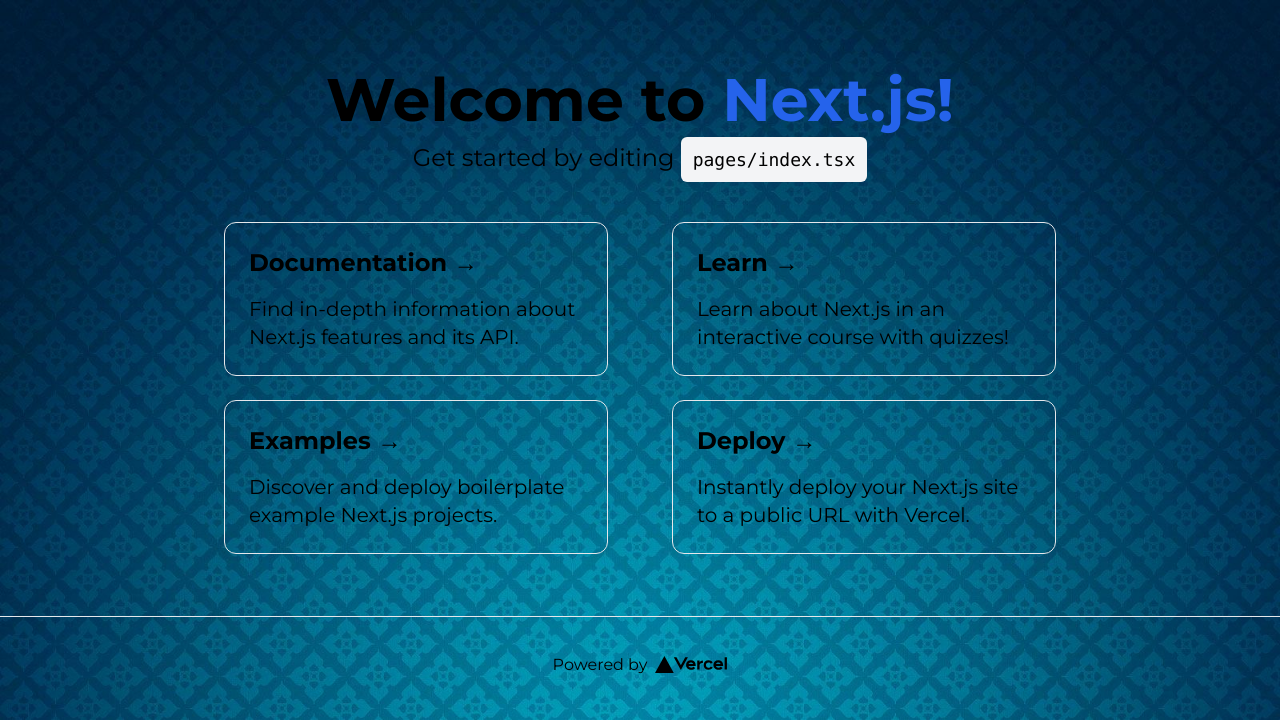
Repository: Josephdiaz99/NextBlogWithGraphCMS
Page: /
The author's editor kept a copy of each file at every save. The page is drawn from the files as they stood at one save, then again after the next save.
The browser window is 1280 px wide. The pictures show the whole page.
The project was rebuilt for these pictures with package versions that can differ from the ones it lists, and the page was loaded fresh each time. The framework's server and built-in components were replaced by stand-ins that run in the browser. Also part of the build but not shown: next.config.js, components/PostCard.jsx, components/Categories.jsx, components/PostWidget.jsx, components/Header.jsx.

Above is the page before, as saved 2022-06-29 10:11:12.

### pages/_app.js

import 'tailwindcss/tailwind.css';
import '../styles/globals.scss';


function MyApp({ Component, pageProps }) {
  return (
        <Component {...pageProps} />


  );
}

export default MyApp;

### styles/globals.scss
@tailwind base;
@tailwind components;
@tailwind utilities;

@import url('https://fonts.googleapis.com/css2?family=Montserrat:wght@300;400;700&display=swap');

html,
body {
  padding: 0;
  margin: 0;
  font-family: 'Montserrat', sans-serif;
  &:before{
    content:'';
    content: "";
    width: 100%;
    height: 100vh;
    /* background: linear-gradient(to right bottom, #6d327c, #485DA6, #00a1ba, #01b18e, #32b37b);
    background: #D3D3D3; */
    background-image: url("../public/1.jpg");
    position: fixed;
    left: 0;
    top: 0;
    z-index: -1;
    background-position: 50% 50%;
    background-repeat: no-repeat;
    background-size: cover;
  }
}

.text-shadow{
  text-shadow: 0px 2px 0px rgb(0 0 0 / 30%);
}

.adjacent-post{
  & .arrow-btn{
    transition: width 300ms ease;
    width: 50px;
  }
  &:hover{
    & .arrow-btn{
      width: 60px;
    }
  }
}

.react-multi-carousel-list {
  & .arrow-btn{
    transition: width 300ms ease;
    width: 50px;
    &:hover{
      width: 60px;
    }
  }

}

a {
  color: inherit;
  text-decoration: none;
}

* {
  box-sizing: border-box;
}

### components/index.js
export {default as PostCard} from './PostCard'
export {default as Categories} from './Categories'
export {default as PostWidget} from './PostWidget'
export {default as Header} from './Header'
export {default as Layout} from './Layout'

### components/Layout.jsx
import React from 'react'
import {Header} from './'
const Layout = () => {
  return (
    <div>

    </div>
  )
}

export default Layout

Loaded but not shown: pages/index.tsx (common file); tailwind.config.js (common file)

After the next save:
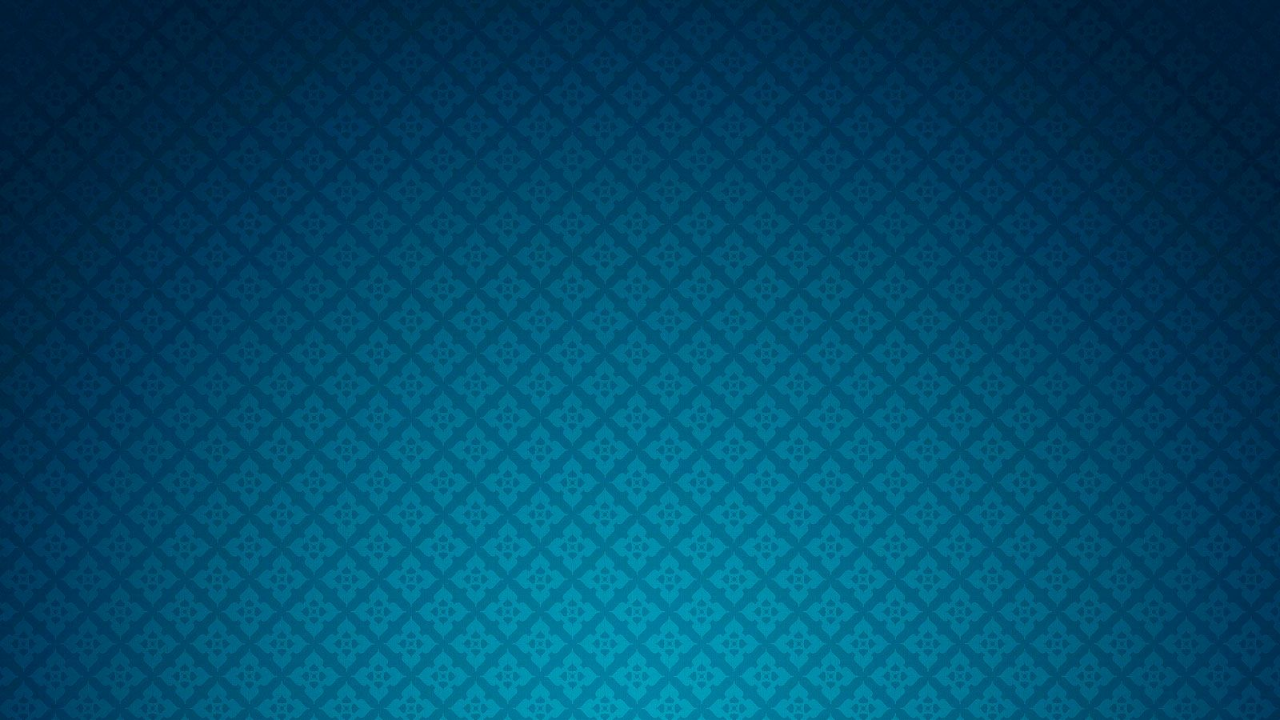
Saved 11 s later.
--- a/pages/_app.js
+++ b/pages/_app.js
@@ -1,12 +1,14 @@
-
+import React,{useEffect,useState} from 'react'
+import { Layout } from '../components';
 import 'tailwindcss/tailwind.css';
 import '../styles/globals.scss';
 
 
 function MyApp({ Component, pageProps }) {
   return (
+      <Layout>
         <Component {...pageProps} />
-
+      </Layout>
 
   );
 }
